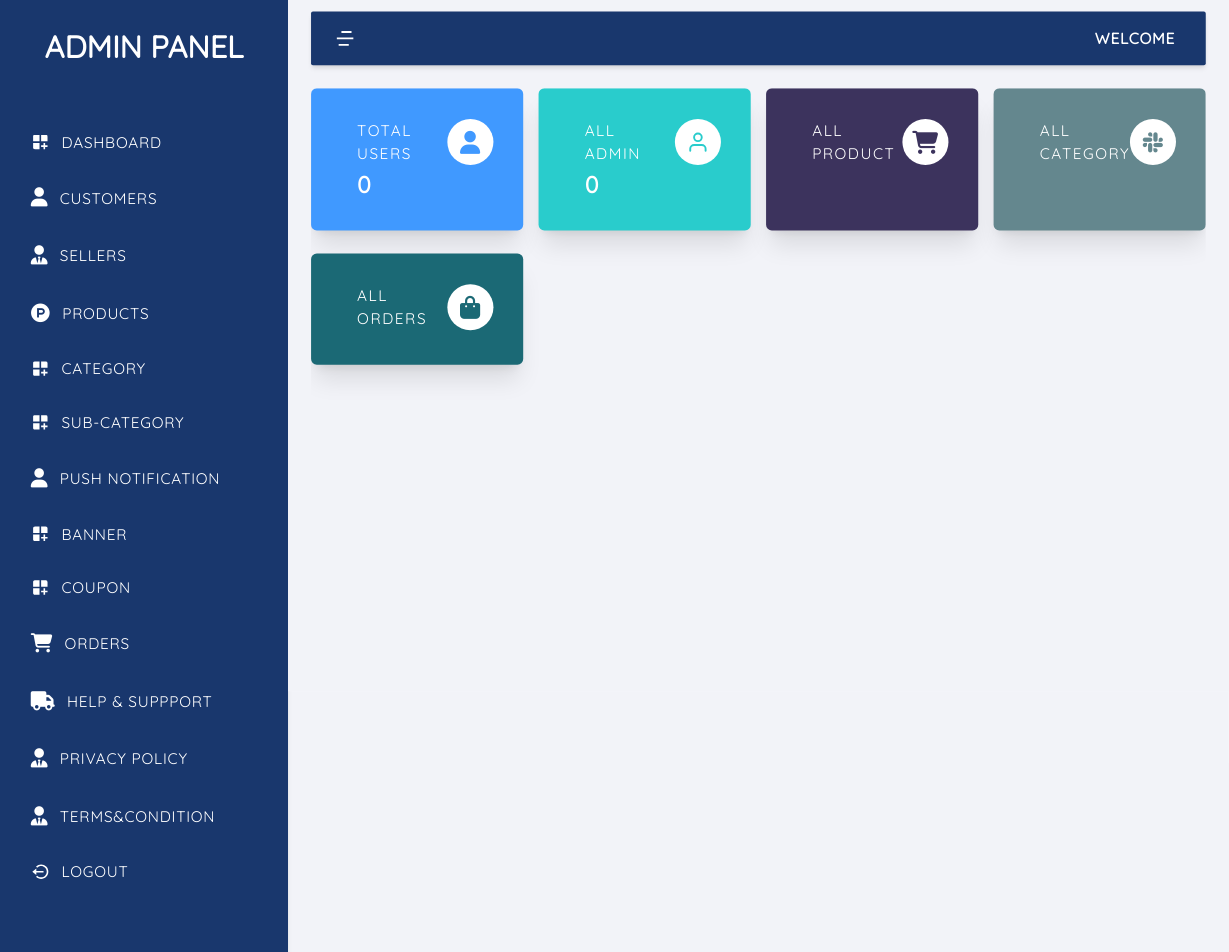
Repository: shishpal2000/admin.aschpro
Page: /dashboard
These files come from the project's save history. The page is drawn as it stood at one moment and after a run of saves; the edit follows.
The browser window is 1280 px wide. The pictures show the whole page, at 96% of full size.
Some web libraries are served in a nearby version. The project was rebuilt for these pictures with package versions that can differ from the ones it lists, and the page was loaded fresh each time. Also part of the build but not shown: src/E-CommerceAdmin/forms/Login.jsx, src/E-CommerceAdmin/pages/ECategory.js, src/E-CommerceAdmin/pages/EProduct.js, src/E-CommerceAdmin/pages/EVendorList.js, src/E-CommerceAdmin/pages/EAdminOrders.js, src/E-CommerceAdmin/pages/EAdminDelivery.js, src/E-CommerceAdmin/pages/EAdminCustomer.js, src/E-CommerceAdmin/pages/ESubCategory.js and 6 more. Imported but missing from the stored project, and not drawn on this page: src/E-CommerceAdmin/pages/Complaints, src/E-CommerceAdmin/pages/Component/SpinnerComp, src/E-CommerceAdmin/pages/EAdmin, src/E-CommerceAdmin/pages/EAdminProduct, src/E-CommerceAdmin/pages/ESingleProduct, src/E-CommerceAdmin/pages/GetMeThis, src/E-CommerceAdmin/pages/HelpSupport.

Above is the page before, as saved 2023-06-28 18:00:27.

### public/index.html
<!-- @format -->

<!DOCTYPE html>
<html lang="en">
  <head>
    <meta charset="utf-8" />
    <meta name="viewport" content="width=device-width, initial-scale=1" />
    <meta name="theme-color" content="#000000" />
    <meta
      name="description"
      content="Web site created using create-react-app"
    />
    <link rel="icon" href="%PUBLIC_URL%/favicon.png" />
    <link rel="manifest" href="%PUBLIC_URL%/manifest.json" />
    <link rel="preconnect" href="https://fonts.googleapis.com" />
    <link rel="preconnect" href="https://fonts.gstatic.com" crossorigin />
    <link
      href="https://fonts.googleapis.com/css2?family=Roboto+Mono:ital,wght@1,300&display=swap"
      rel="stylesheet"
    />
    <link rel="preconnect" href="https://fonts.googleapis.com">
<link rel="preconnect" href="https://fonts.gstatic.com" crossorigin>
<link href="https://fonts.googleapis.com/css2?family=Quicksand&display=swap" rel="stylesheet">
    <title>Subharambh</title>
  </head>
  <body>
    <noscript>You need to enable JavaScript to run this app.</noscript>
    <div id="root"></div>
    <script src="https://code.jquery.com/jquery-3.6.0.min.js"></script>
    <script
      src="https://kit.fontawesome.com/b533b351e4.js"
      crossorigin="anonymous"
    ></script>
    <script
      type="module"
      src="https://unpkg.com/ionicons@7.1.0/dist/ionicons/ionicons.esm.js"
    ></script>
    <script
      nomodule
      src="https://unpkg.com/ionicons@7.1.0/dist/ionicons/ionicons.js"
    ></script>
  </body>
</html>

### src/index.js
import React from "react";
import ReactDOM from "react-dom/client";
import "./index.css";
import App from "./App";
import { BrowserRouter } from "react-router-dom";
import 'bootstrap/dist/css/bootstrap.min.css'

const root = ReactDOM.createRoot(document.getElementById("root"));
root.render(
  <React.StrictMode>
    <BrowserRouter>
      <App />
    </BrowserRouter>
  </React.StrictMode>
);

### src/index.css
/** @format */

@tailwind base;
@tailwind components;
@tailwind utilities;

@import url("https://fonts.googleapis.com/css2?family=Roboto+Mono:ital,wght@1,300&display=swap");
@font-face {
  font-family: Roboto;
  src: url("./Fonts/Poppins-LightItalic.ttf");
}

body {
  margin: 0;
  font-family: Quicksand !important;
  -webkit-font-smoothing: antialiased;
  -moz-osx-font-smoothing: grayscale;
}

code {
  font-family: Quicksand !important;
}

html {
  font-family: Quicksand !important;
}

::-webkit-scrollbar {
  width: 10px;
}
.fa-trash {
  color: red;
  cursor: pointer;
}

.iCOn {
  transition: 0.5s;
  box-shadow: none;
  transform: scale(1);
}
.cardDiv {
  cursor: pointer;
}

.cardDiv:hover .iCOn {
  box-shadow: rgba(0, 0, 0, 0.35) 0px 5px 15px;
  transform: scale(1.3);
}

/* Track */
::-webkit-scrollbar-track {
  background: #f1f1f1;
}

/* Handle */
::-webkit-scrollbar-thumb {
  background: #888;
}

/* Handle on hover */
::-webkit-scrollbar-thumb:hover {
  background: #555;
}
.profileImage {
  width: 100px;
}
.fa-eye {
  color: #029aff;
  cursor: pointer;
}
.fa-edit {
  cursor: pointer;
  color: blue;
}

.View {
  border: 1px solid black;
  width: 100%;
  padding: 10px;
}

.main-card--container {
  display: grid;
  grid-template-columns: repeat(3, minmax(300px, 500px));
  grid-gap: 50px;
  justify-content: space-around;
}
.card-container {
  margin: 25px 0 auto;
  box-shadow: rgba(0, 0, 0, 0.35) 0px 5px 15px;
  position: relative;
  display: grid;
  grid-template-columns: 1fr;
  justify-content: space-around;
  align-items: flex-start;
}

.myEdit:focus {
  box-shadow: rgba(0, 0, 0, 0.35) 0px 5px 15px;
}

.AstroLogin {
  color: #fff;
  background-color: #2b7a8e;
  padding: 10px;
  width: 380px;
  text-align: center;
  font-size: 20px;
  background: linear-gradient(to left, #2b7a8e 50%, #fff 50%) right;
  background-size: 200%;
  transition: 0.5s ease-out;
  border: 1px solid #2b7a8e;
  margin-top: 10px;
  text-transform: uppercase;
}
.AstroLogin:hover {
  background-position: left;
  color: #2b7a8e;
}

.EcommerceAdminLogin {
  color: #fff;
  background-color: #19376d;
  padding: 10px;
  width: 380px;
  text-align: center;
  font-size: 20px;
  background: linear-gradient(to left, #19376d 50%, #fff 50%) right;
  background-size: 200%;
  transition: 0.5s ease-out;
  border: 1px solid #19376d;
  margin-top: 10px;
  text-transform: uppercase;
}

.EcommerceAdminLogin:hover {
  background-position: left;
  color: #19376d;
}
.EcommerceVendorLogin {
  color: #fff;
  background-color: #576cbc;
  padding: 10px;
  width: 380px;
  text-align: center;
  font-size: 20px;
  background: linear-gradient(to left, #576cbc 50%, #fff 50%) right;
  background-size: 200%;
  transition: 0.5s ease-out;
  border: 1px solid #576cbc;
  margin-top: 10px;
  text-transform: uppercase;
}

.EcommerceVendorLogin:hover {
  background-position: left;
  color: #576cbc;
}

.view {
  background-color: #2196f3;
  color: #fff;
  width: 50%;
  padding: 5px;
}

.two-sec {
  display: flex;
  justify-content: space-evenly;
  justify-content: space-evenly;
}
.two-sec .left {
  width: 60%;
  background-color: #f6f1ef;
  padding: 20px;
}
.two-sec .left .head {
  font-size: 25px;
  font-weight: bold;
}

.two-sec .right {
  width: 30%;
  background-color: #f6f1ef;
}

.searchDiv {
  width: 100%;
  display: flex;
  gap: 10px;
  border: 1px solid rgb(179, 179, 179);
  padding: 10px;
  margin-bottom: 20px;
  align-items: center;
}
.searchDiv input {
  width: 94%;
  outline: none;
  border: none;
}

.flexCont {
  display: flex;
  align-items: center;
  gap: 10px;
}
.flexCont img {
  width: 60px;
  background-color: #e9ecef;
}

.blockContent {
  display: block;
}
.blockContent p {
  margin: 0;
}

.checkBox {
  width: 50px;
  height: 25px;
  background-color: #e9ecef;
  border-radius: 50px;
  position: relative;
  cursor: pointer;
}
.checkBox span {
  width: 20px;
  height: 20px;
  border-radius: 100%;
  background-color: #fff;
  position: absolute;
  left: 5px;
  top: 2px;
}
.ActivecheckBox {
  width: 50px;
  height: 25px;
  background-color: #0d6efd;
  border-radius: 50px;
  position: relative;
  cursor: pointer;
}
.ActivecheckBox span {
  width: 20px;
  height: 20px;
  border-radius: 100%;
  background-color: #fff;
  position: absolute;
  right: 5px;
  top: 2px;
}

.fa-eye {
  color: #0cba73;
  text-align: center;
}

.fa-pen-to-square {
  color: #f4c39c;
  text-align: center;
  cursor: pointer;
}
.fa-trash {
  color: #df939f;
  text-align: center;
}

.required {
  color: #e74260;
}

.headP {
  margin-left: 2%;
  color: #7b7c7d;
}
.headP a{
  color: #7b7c7d;
}
.filterBox {
  display: flex;
  align-items: center;
  gap: 10px;
  border-bottom: 1px solid #d4d7dc;
  padding-bottom: 20px;
  margin-bottom: 20px;
}
.filterBox img {
  width: 30px;
}
.filterBox input {
  width: 100%;
  border: 1px solid #d4d7dc;
  outline: none;
  padding: 5px;
  color: black;
}
.sectionCont {
  width: 98%;
  background-color: #fff;
  margin-left: 2%;
  padding: 20px;
}

.overFlowCont {
  width: 100%;
  overflow-x: auto;
}

.logo {
  width: auto;
  margin-bottom: 20px;
}

.updateProfile {
  margin-left: 20px;
  border: 1px solid #fff;
  border-radius: 100%;
  font-size: 1.2rem;
  padding: 10px;
  transition: 0.5s;
  cursor: pointer;
}
.updateProfile:hover {
  border: 1px solid #19376d;
  color: #19376d;
  background-color: #fff;
}

.Normalbtn {
  background-color: #19376d !important;
  border: 1px solid #19376d !important;
  border-radius: 0px !important;
}

.ImageCarousel {
  width: 150px !important;
  margin: 0px !important;
  height: 150px !important;
}
.CarouselImages {
  width: 150px !important;
  height: 150px !important;
}
.CarouselImages img {
  width: 100% !important;
  height: 100% !important;
}

.ModalCarousel {
  width: 100% !important;
  height: 500px !important;
}
.ModalCarousel {
  width: 100% !important;
  height: 500px !important;
}
.ModalCarousel img {
  width: 100% !important;
  height: 500px !important;
}

.gridCont {
  display: grid;
  grid-template-columns: auto auto auto;
  justify-content: space-evenly;
}
.gridCont div {
  width: 400px;
  height: 100%;
  box-shadow: rgba(0, 0, 0, 0.35) 0px 5px 15px;
  padding: 10px;
  margin-top: 20px;
  display: flex;
  justify-content: space-between;
  flex-direction: column;
}
.gridCont div img {
  width: 100%;
}
.delete-Btn {
  width: 90%;
  margin-left: 5%;
  color: #c44b3f;
  border: 1px solid #c44b3f;
  transition: 0.5s;
  padding: 10px;

}

.delete-Btn:hover {
  background-color: #c44b3f;
  color: #fff;
}

.BannerCarousel {
  width: 300px;
  margin: 0px !important;
}
.BannerCarouselImage {
  width: 300px;
}
.BannerCarouselImage img {
  width: 100%;
}

.pagination {
  display: flex;
  justify-content: center;
  align-items: center;
  gap: 10px;
  margin-bottom: 20px;
}
.pagination button {
  border: 1px solid black;
  padding: 10px;
}

.activePage {
  background-color: #19376d;
  color: #fff;
  border: 1px solid #19376d !important;
}

.active {
  background-color: #fff;
  color: #19376d !important;
}
.prevBtn {
  background-color: #fff;
  color: #19376d;
  border: 1px solid #19376d !important;
  transition: 0.5s;
}

.prevBtn:hover,
.prevBtn:focus,
.prevBtn:active {
  background-color: #19376d;
  color: #fff;
  border: 1px solid #19376d !important;
}
.nextBtn {
  background-color: #fff;
  color: #19376d;
  border: 1px solid #19376d !important;
  transition: 0.5s;
}

.nextBtn:hover,
.nextBtn:focus,
.nextBtn:active {
  background-color: #19376d;
  color: #fff;
  border: 1px solid #19376d !important;
}

.dangerBox {
  position: relative;
}
.dangerBox i {
  position: absolute;
  top: 50%;
  left: 90%;
  transform: translate(-50%, -50%);
  cursor: pointer;
}

.fa-ellipsis-vertical {
  cursor: pointer;
}

.two_Sec_Div {
  display: flex;
  align-items: center;
  gap: 10px;
}
.two_Sec_Div a {
  color: #000;
  text-decoration: none;
}
.two_Sec_Div p {
  margin: 0;
  font-family: Quicksand;
  font-weight: 600;
  font-size: 16px;
}
.Detail_Section {
  display: flex;
  justify-content: space-evenly;
  gap: 20px;
}
.Detail_Section .Left_Cont {
  width: 30%;
}
.Detail_Section .Left_Cont img {
  display: block;
  margin: auto;
}
.Detail_Section .right_Cont {
  width: 60%;
}
.Detail_Section .right_Cont .Head {
  text-transform: capitalize;
  font-weight: 700;
}
.Detail_Section .right_Cont .Rating {
  display: flex;
  gap: 10px;
  align-items: center;
}
.Detail_Section .right_Cont .Rating .rat {
  font-weight: 600;
  color: #555;
}
.Detail_Section .right_Cont .two_Sec{
  display: flex;
  gap: 20px;
  align-items: center;
}
.Detail_Section .right_Cont .two_Sec .first{
  font-size: 25px;
  font-weight: 800;
}
.Detail_Section .right_Cont .two_Sec .second{
  font-size: 16px;
  text-decoration: line-through;
  font-weight: 600;
  color: #7b7c7d;

}
.Detail_Section .right_Cont ul{
  list-style-type: disc;
}

### src/E-CommerceAdmin/pages/Dashboard.jsx
/** @format */

import React, { useEffect, useState } from "react";
import { FiUser } from "react-icons/fi";
import HOC from "../layout/HOC";
import { useNavigate } from "react-router-dom";
import axios from "axios";

const Dashboard = () => {
  const navigate = useNavigate();
  const [adminCount, setAdminCount] = useState([]);
  const [userCount, setUserCount] = useState([]);
  const [categoryCount, setCategoryCount] = useState("");
  const [ productCount , setProductCount ] = useState("")
  const [ orderCount , setOrderCount ] = useState("")



  const card = [
    {
      progress: "bg-green-400",
      title: "Total Users",
      number: userCount?.length,
      icon: (
        <i
          className="fa-solid fa-user text-2xl"
          style={{ color: "#4099ff" }}
        ></i>
      ),
      bg: "#4099ff",
      link: "/Customer",
    },
    {
      progress: "bg-green-400",
      title: "All Admin",
      number: adminCount?.length,
      icon: <FiUser className="text-2xl text-[#29cccc]" />,
      bg: "#29cccc",
      link: "/Admin",
    },
    {
      progress: "bg-green-400",
      title: "All Product",
      number: productCount,
      icon: <i class="fa-solid fa-cart-shopping text-2xl text-[#3c335d]"></i>,
      bg: "#3c335d",
      link: "/Product",
    },
    {
      progress: "bg-green-400",
      title: "All category",
      number: categoryCount,
      icon: <i className=" fa-brands fa-slack text-2xl text-[#64878e]"></i>,
      bg: "#64878e",
      link: "/Category",
    },

    {
      progress: "bg-green-400",
      title: "All orders",
      number: orderCount,
      icon: (
        <i className=" fa-solid fa-bag-shopping text-2xl text-[#1b6975]"></i>
      ),
      bg: "#1b6975",
      link: "/Orders",
    },
  ];
  return (
    <>
      <section className="grid md:grid-cols-4 grid-cols-2 gap-y-6 gap-x-4">
        {card.map((card, index) => {
          return (
            <div
              className="px-5 py-8 bg-slate-200 space-y-2 shadow-xl flex flex-col  rounded-md cardDiv"
              key={index}
              style={{
                backgroundColor: `${card.bg}`,
                textTransform: "uppercase",
              }}
              onClick={() => navigate(`${card.link}`)}
            >
              <div className="grid  justify-between grid-cols-4">
                <div className="flex flex-col col-span-3 space-y-1">
                  <span
                    className="tracking-widest text-gray-900"
                    style={{ color: "#fff" }}
                  >
                    {card.title}
                  </span>
                  <span
                    className="tracking-wider text-gray-700 text-xl md:text-2xl font-semibold"
                    style={{ color: "#fff" }}
                  >
                    {card.number}
                  </span>
                </div>
                <div className="flex rounded-full w-10 h-10 sm:w-12 sm:h-12 bg-white justify-center items-center iCOn">
                  {card.icon}
                </div>
              </div>
            </div>
          );
        })}
      </section>
    </>
  );
};

export default HOC(Dashboard);

### src/E-CommerceAdmin/layout/HOC.jsx
/** @format */

import React, { useState } from "react";
import Navbar from "./Navbar";
import Sidebar from "./Sidebar";

const HOC = (Wcomponenet) => {
  return function Component() {
    const [hamb, setHamb] = useState(false);
    return (
      <>
        <section
          className="flex overflow-x-hidden relative "
          style={{ backgroundColor: "#f2f3f8" }}
        >
          {/* Sidebar */}
          <div
            className={
              hamb
                ? " absolute top-0 z-30 md:w-auto shadow-md bg-slate-200  w-60 transition-all md:-left-full left duration-150  h-auto overflow-y-auto  left-0 "
                : " md:w-72 z-30 bg-slate-200  shadow-md  md:static absolute top-0 -left-full   transition-all duration-150  overflow-y-auto h-auto"
            }
            style={{ minWidth: "300px" }}
          >
            <Sidebar hamb={hamb} setHamb={setHamb} />
          </div>
          {/* Components & Navbar */}
          <div
            className={
              hamb
                ? " transition-all px-4 py-2  duration-150 w-full h-screen"
                : " w-full h-screen  px-4 py-2   z-50 transition-all duration-150 "
            }
            style={{ backgroundColor: "#f2f3f8" }}
          >
            <Navbar hamb={hamb} setHamb={setHamb} />
            <div className="my-6 text-#000 h-[87%] wcomp overflow-y-auto">
              {" "}
              <Wcomponenet />
            </div>
          </div>
        </section>
      </>
    );
  };
};

export default HOC;

### src/E-CommerceAdmin/layout/Navbar.jsx
/** @format */

import { RiMenu4Line } from "react-icons/ri";

const Navbar = ({ hamb, setHamb }) => {
  const AdminName = localStorage.getItem("AdminName")
  return (
    <>
      <div
        className={
          hamb
            ? "flex  w-full justify-between  my-1 rounded-sm  p-4 py-3 shadow-md items-center  bg-slate-200 space-x-4"
            : "flex  w-full justify-between my-1 rounded-sm  p-4 py-3 shadow-md items-center  bg-slate-200 space-x-4"
        }
        style={{ backgroundColor: "#19376d" }}
      >
        <RiMenu4Line
          onClick={() => setHamb(!hamb)}
          className="text-2xl font-bold text-gray-900 hover:scale-90 cursor-pointer"
          style={{ color: "#fff" }}
        />

        <section className="flex sm:ml-auto justify-end sm:w-full items-center space-x-2  pr-2">
          <figcaption className="tracking-wider pl-1 font-semibold">
            <div
              className="lg:text-base text-sm text-gray-900  uppercase"
              style={{ color: "#fff" }}
            >
              Welcome {AdminName}
            </div>
          </figcaption>
        </section>
      </div>
    </>
  );
};

export default Navbar;

### src/E-CommerceAdmin/layout/Sidebar.jsx
/** @format */

import React from "react";
import { RiCloseLine } from "react-icons/ri";
import { Link, useNavigate } from "react-router-dom";
import { BiLogOutCircle } from "react-icons/bi";
import { MdDashboardCustomize } from "react-icons/md";

const Sidebar = ({ hamb, setHamb }) => {
  const navigate = useNavigate();

  const nav = [
    {
      icon: <MdDashboardCustomize className="text-xl mr-3 rounded-full " />,
      link: "/dashboard ",
      name: "Dashboard",
    },

    {
      icon: (
        <i className="fa-solid fa-user text-xl mr-3 rounded-full"></i>
      ),
      link: "/Customer",
      name: "Customers",
    },
    {
      icon: <i className="fa-solid fa-user-tie text-xl mr-3 rounded-full"></i>,
      link: "/VendorList",
      name: "Sellers",
    },
    {
      icon: (
    <i className="fa-brands fa-product-hunt text-xl mr-3 rounded-full"></i>
      ),
      link: "/Product",
      name: "Products",
    },
    {
      icon: <MdDashboardCustomize className="text-xl mr-3 rounded-full " />,
      link: "/Category",
      name: "Category",
    },

    {
      icon: <MdDashboardCustomize className="text-xl mr-3 rounded-full " />,
      link: "/SubCategory",
      name: "Sub-Category",
    },
    {
      icon: <i className="fa-solid fa-user text-xl mr-3 rounded-full"></i>,
      link: "/pushNotification",
      name: "Push Notification",
    },

    {
      icon: <MdDashboardCustomize className="text-xl mr-3 rounded-full " />,
      link: "/banner",
      name: "Banner",
    },
    {
      icon: <MdDashboardCustomize className="text-xl mr-3 rounded-full " />,
      link: "/coupon",
      name: "Coupon",
    },

    {
      icon: (
        <i className="fa-solid fa-cart-shopping text-xl mr-3 rounded-full"></i>
      ),
      link: "/Orders",
      name: "Orders",
    },

    {
      icon: <i className="fa-solid fa-truck  text-xl mr-3 rounded-full"></i>,
      link: "/Support",
      name: "Help & Suppport",
    },


    {
      icon: <i className="fa-solid fa-user-tie text-xl mr-3 rounded-full"></i>,
      link: "/privacy",
      name: "Privacy Policy",
    },
    {
      icon: <i className="fa-solid fa-user-tie text-xl mr-3 rounded-full"></i>,
      link: "/terms",
      name: "Terms&Condition",
    }
  ];

  const logOut = () => {
    localStorage.clear()
    navigate("/");
  };

  return (
    <>
      <aside
        className="p-4 h-auto"
        style={{ backgroundColor: "#19376d", minHeight: "100vh" }}
      >
        {/* Top */}
        <div className="w-full md:hidden relative  p-2 mb-4">
          <RiCloseLine
            onClick={() => setHamb(!hamb)}
            className="text-3xl  absolute top-2 sm:hover:rotate-[228deg] transition-transform font-bold right-2 sm:hover:text-[22px] text-[rgb(241,146,46)] cursor-pointer"
          />
        </div>{" "}
        <figure className="flex  flex-col items-center">
          <span
            className="font-bold text-[#fff]"
            style={{
              fontSize: "2rem",
              textAlign: "center",
              textTransform: "uppercase",
            }}
          >
            {" "}
            ADMIN PANEL
          </span>
        </figure>
        <nav className="py-6">
          {nav.map((nav) => {
            return (
              <Link
                to={nav.link}
                key={nav.name}
                className=""
                style={{ textDecoration: "none", textTransform: "uppercase" }}
              >
                <span
                  className="flex my-3 items-center cursor-pointer text-gray-900    tracking-wider p-2 rounded-sm"
                  style={{ color: "#FFF" }}
                >
                  {nav.icon} {nav.name}
                </span>
              </Link>
            );
          })}
          <span
            className="flex my-3 items-center cursor-pointer text-gray-900    tracking-wider p-2 rounded-sm"
            onClick={() => logOut()}
            style={{ color: "#FFF", textTransform: "uppercase" }}
          >
            <BiLogOutCircle className="text-xl mr-3 rounded-full " /> LogOut
          </span>
        </nav>
      </aside>
    </>
  );
};

export default Sidebar;

Loaded but not shown: tailwind.config.js (common file); src/App.js (54 lines, source omitted)

After the next 9 saves:
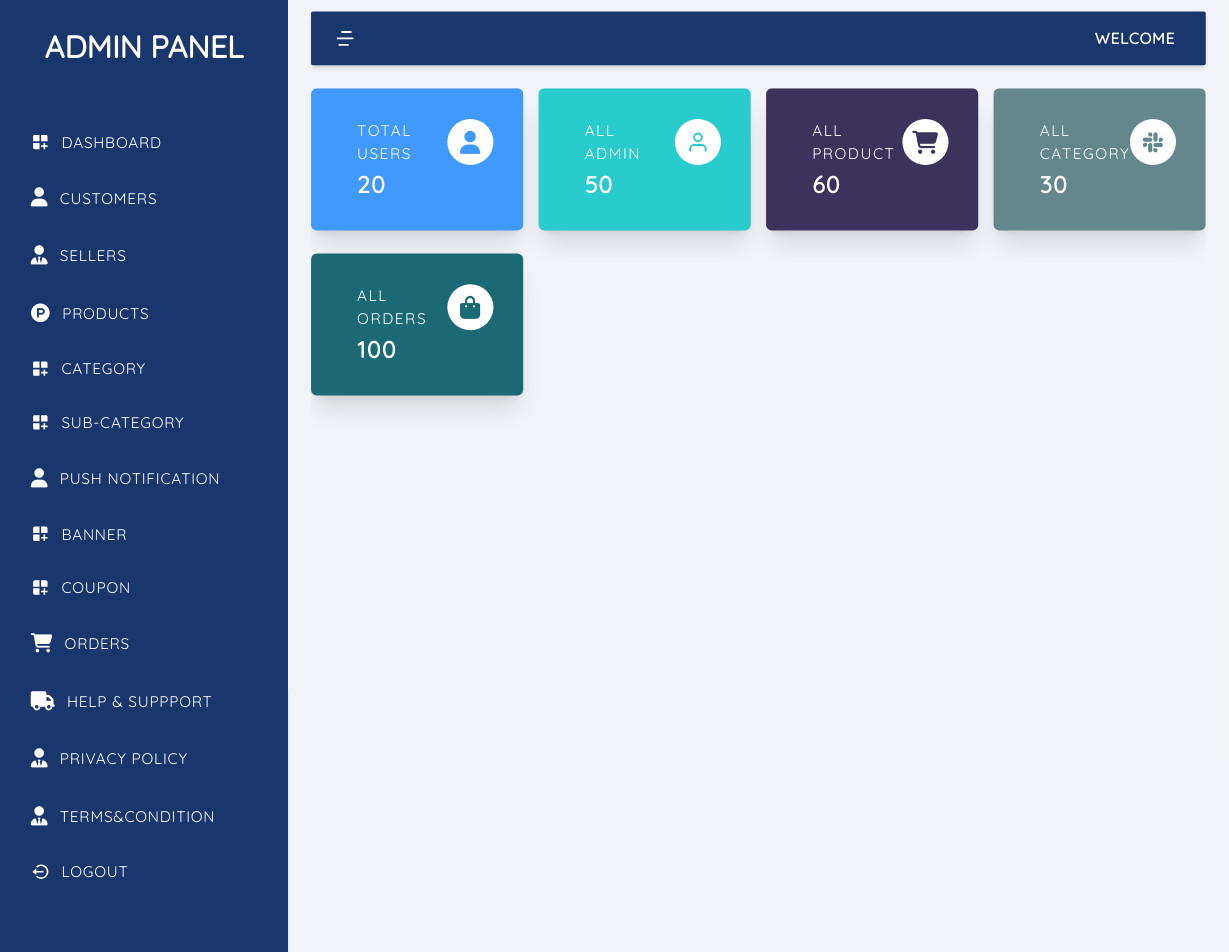
The 9 saves are shown as one change because 3 did not build or start and some came seconds apart.
The last was saved 32 s later.
--- a/src/E-CommerceAdmin/pages/Dashboard.jsx
+++ b/src/E-CommerceAdmin/pages/Dashboard.jsx
@@ -4,15 +4,10 @@ import React, { useEffect, useState } from "react";
 import { FiUser } from "react-icons/fi";
 import HOC from "../layout/HOC";
 import { useNavigate } from "react-router-dom";
-import axios from "axios";
 
 const Dashboard = () => {
   const navigate = useNavigate();
-  const [adminCount, setAdminCount] = useState([]);
-  const [userCount, setUserCount] = useState([]);
-  const [categoryCount, setCategoryCount] = useState("");
-  const [ productCount , setProductCount ] = useState("")
-  const [ orderCount , setOrderCount ] = useState("")
+
 
 
 
@@ -20,7 +15,7 @@ const Dashboard = () => {
     {
       progress: "bg-green-400",
       title: "Total Users",
-      number: userCount?.length,
+      number: 20,
       icon: (
         <i
           className="fa-solid fa-user text-2xl"
@@ -33,7 +28,7 @@ const Dashboard = () => {
     {
       progress: "bg-green-400",
       title: "All Admin",
-      number: adminCount?.length,
+      number: 50,
       icon: <FiUser className="text-2xl text-[#29cccc]" />,
       bg: "#29cccc",
       link: "/Admin",
@@ -41,7 +36,7 @@ const Dashboard = () => {
     {
       progress: "bg-green-400",
       title: "All Product",
-      number: productCount,
+      number: 60,
       icon: <i class="fa-solid fa-cart-shopping text-2xl text-[#3c335d]"></i>,
       bg: "#3c335d",
       link: "/Product",
@@ -49,7 +44,7 @@ const Dashboard = () => {
     {
       progress: "bg-green-400",
       title: "All category",
-      number: categoryCount,
+      number: 30,
       icon: <i className=" fa-brands fa-slack text-2xl text-[#64878e]"></i>,
       bg: "#64878e",
       link: "/Category",
@@ -58,7 +53,7 @@ const Dashboard = () => {
     {
       progress: "bg-green-400",
       title: "All orders",
-      number: orderCount,
+      number: 100,
       icon: (
         <i className=" fa-solid fa-bag-shopping text-2xl text-[#1b6975]"></i>
       ),
